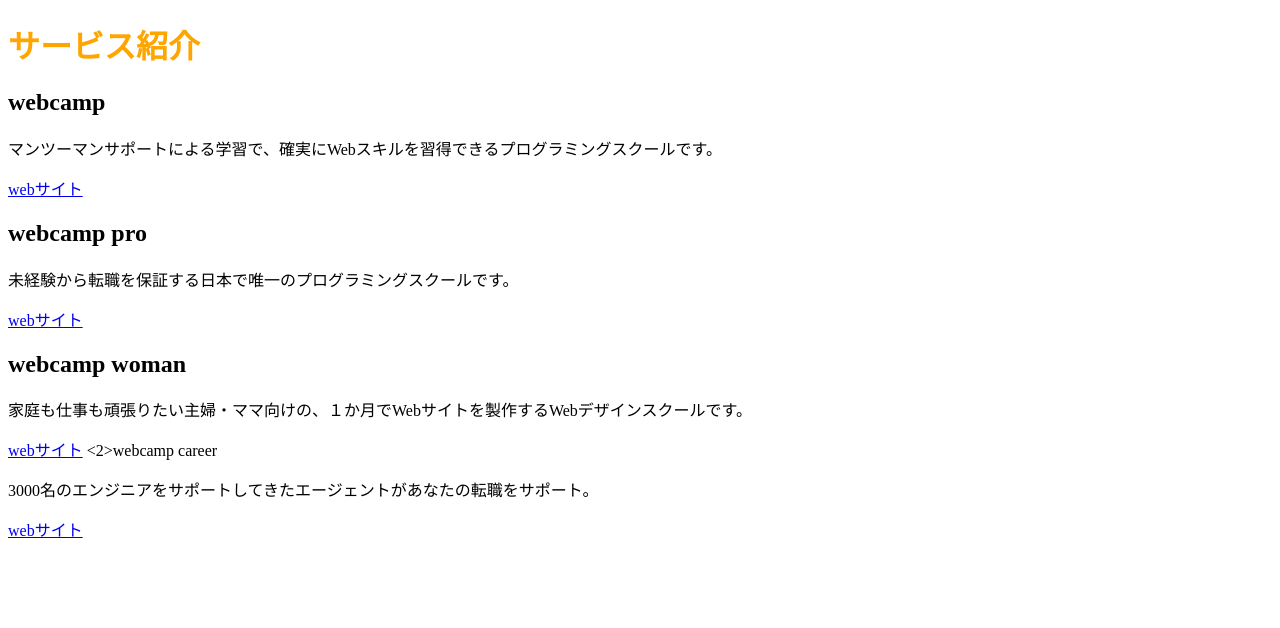
Repository: yuu3176/theme1
Page: sample/sample.html
The author's editor kept a record of every edit. The page is drawn from the files as they stood at one moment, then again after the next edit.
The browser window is 1280 px wide. The pictures show the whole page.

Above is the page before.

### sample/sample.html
<!DOCTYPE HTML>
<html lang="ja">
  <head>
    <meta charset="UTF-8" />
    <title>2章演習</title>
    <link rel="stylesheet" href="style.css">
  </head>

  <body>
    <h1>サービス紹介</h1>
    <h2>webcamp</h2>
    <p>マンツーマンサポートによる学習で、確実にWebスキルを習得できるプログラミングスクールです。</p>
    <a href="https://web-camp.io/">webサイト</a>
    <h2>webcamp pro</h2>
    <P>未経験から転職を保証する日本で唯一のプログラミングスクールです。</P>
    <a href="https://web-camp.io/commit/">webサイト</a>
    <h2>webcamp woman</h2>
    <p>家庭も仕事も頑張りたい主婦・ママ向けの、１か月でWebサイトを製作するWebデザインスクールです。</p>
    <a href="https://web-camp.io/courses/webDesign/">webサイト</a>
    <2>webcamp career</2>
    <p>3000名のエンジニアをサポートしてきたエージェントがあなたの転職をサポート。</p>
    <a href="https://web-camp.io/career-support/">webサイト</a>
  </body>
</html>

Loaded but not shown: sample/style.css (common file)

After the next edit:
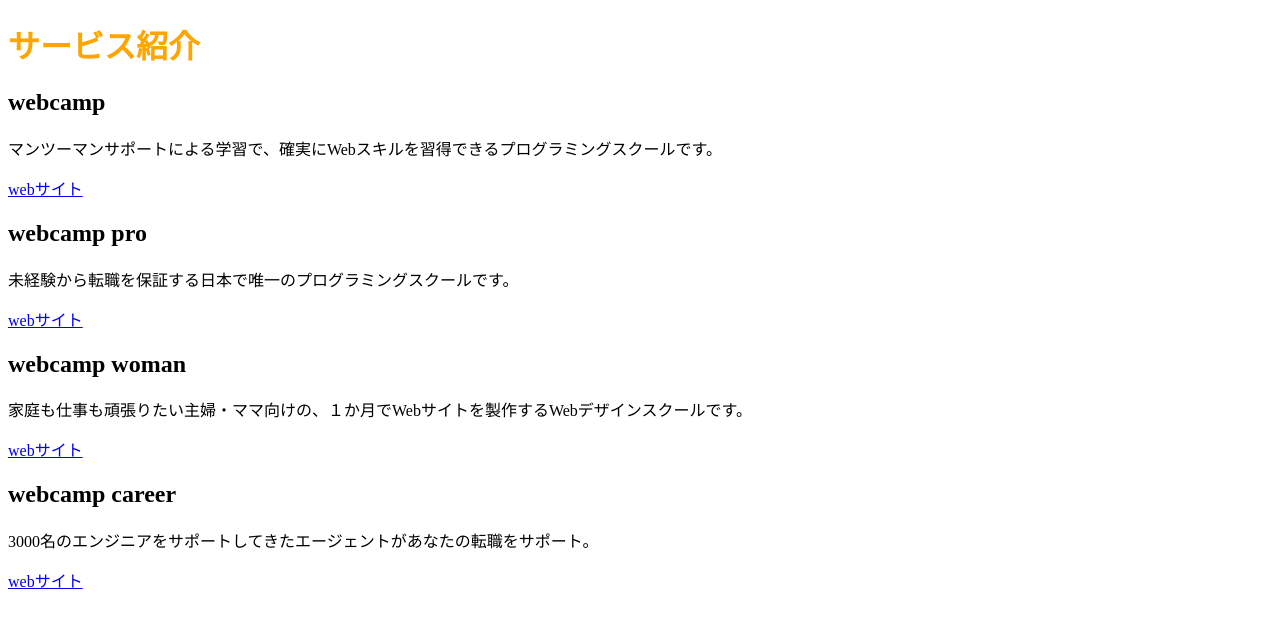
The edit:
--- a/sample/sample.html
+++ b/sample/sample.html
@@ -17,7 +17,7 @@
     <h2>webcamp woman</h2>
     <p>家庭も仕事も頑張りたい主婦・ママ向けの、１か月でWebサイトを製作するWebデザインスクールです。</p>
     <a href="https://web-camp.io/courses/webDesign/">webサイト</a>
-    <2>webcamp career</2>
+    <h2>webcamp career</h2>
     <p>3000名のエンジニアをサポートしてきたエージェントがあなたの転職をサポート。</p>
     <a href="https://web-camp.io/career-support/">webサイト</a>
   </body>
